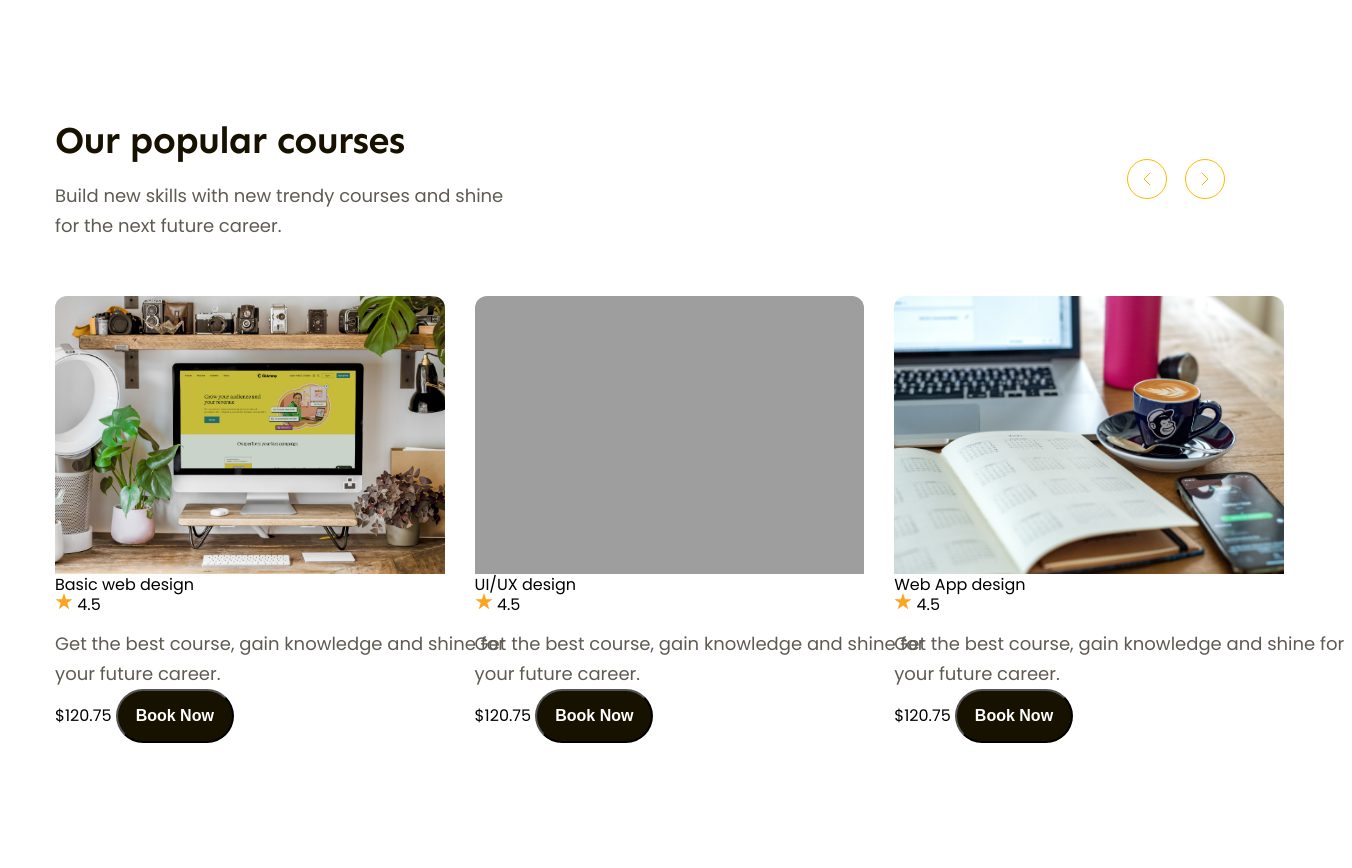
Repository: dovanlanh/f8-project-02
Page: index.html
An editor plug-in stored every save of this project. The page is shown before and after the next save, followed by the edit.
The browser window is 1280 px wide. The page is 1352 px wide, so the pictures cover 1352 px, including what lies to the right of the window. The pictures show the part of the page from y = 983 to 1851 px (the page is 10000 px tall).
Pictures or frames that could not be fetched are drawn as grey boxes.

Above is the page before, as saved 2023-02-05 17:48:09.

### index.html
<!DOCTYPE html>
<html lang="en">
<head>
    <meta charset="UTF-8">
    <meta http-equiv="X-UA-Compatible" content="IE=edge">
    <meta name="viewport" content="width=device-width, initial-scale=1.0">
    <title>F8 Project 02</title>
    <!-- reset css -->
    <link rel="stylesheet" href="./assets/css/reset.css">
    <!-- embed fonts -->
    <link rel="preconnect" href="https://fonts.googleapis.com">
    <link rel="preconnect" href="https://fonts.gstatic.com" crossorigin>
    <link href="https://fonts.googleapis.com/css2?family=Poppins:ital,wght@0,400;0,500;0,600;0,700;1,400&family=Sen:wght@700&display=swap" rel="stylesheet">
    <!-- style -->
    <link rel="stylesheet" href="./assets/css/styles.css">
</head>
<body>
    <main style=" height: 10000px">
        <!-- header  -->
        <header class="header fixed">
            <div class="main-content">
                    <div class="body">
                        <!-- logo -->
                        <img src="./assets/img/Lesson.svg" alt="Lesson" class="Logo">
                        <!-- nav -->
                        <nav class="nav">
                            <ul>
                                <li class="active">
                                    <a href="#!">Home</a>
                                </li>
                                <li>
                                    <a href="#!">Courses</a>
                                </li>
                                <li>
                                    <a href="#!">Pricing</a>
                                </li>
                                <li>
                                    <a href="#!">Reviews</a>
                                </li>
                            </ul>
                        </nav>
                        <!-- active -->
                        <div class="action">
                            <a href="#!" class="btn sign-up-btn">Sign Up</a>
                        </div>
                    </div>
            </div>
        </header>
        <!-- Hero -->
        <div class="hero">
            <div class="main-content">
                <div class="body">
                    <!-- Hero left -->
                    <div class="media-block">
                        <img src="./assets/img/guy-lesson.svg" alt="" class="img">
                        <div class="hero-summary">
                            <div class="item">
                                <div class="icon">
                                    <img src="./assets/img/list-icon1.svg" alt="">
                                </div>
                                <div class="info">
                                    <p class="label">20 Courses</p>
                                    <p class="tittle">UI/UX Design</p>
                                </div>
                            </div>
                            <div class="item">
                                <div class="icon">
                                    <img src="./assets/img/list-icon2.svg" alt="">
                                </div>
                                <div class="info">
                                    <p class="label">20 Courses</p>
                                    <p class="tittle">Development</p>
                                </div>
                            </div>
                            <div class="item">
                                <div class="icon">
                                    <img src="./assets/img/list-icon3.svg" alt="">
                                </div>
                                <div class="info">
                                    <p class="label">30 Courses</p>
                                    <p class="tittle">Marketing</p>
                                </div>
                            </div>
                        </div>
                    </div>
                    <!-- hero-right -->
                    <div class="content-block">
                        <h1 class="heading lv1">Learn without limits and spread knowledge.</h1>
                        <p class="desc">
                            Build new skills for that “this is my year” feeling with courses, certificates, and degrees from world-class universities and companies.
                        </p>
                            <div class="cta-group">
                                <a href="#!" class="btn hero-cta">See Courses</a>
                                <button class="watch-video">
                                    <div class="icon">
                                        <img src="./assets/img/icon-watch-video.svg" alt="">
                                    </div>
                                    <span>Watch Video</span>
                                </button>
                            </div>
                        <p class="desc">Recent engagement</p>
                        <div class="desc stats">
                            <strong>50K</strong>Students
                            <strong>70+</strong>Courses
                        </div>
                    </div>
                </div>
            </div>
        </div>
        <!-- Popular -->
        <div class="popular">
            <div class="main-content">
                <!-- popular top -->
                <div class="popular-top">
                    <div class="info">
                        <h2 class="heading lv2">Our popular courses</h2>
                        <p class="desc">Build new skills with new trendy courses and shine for the next future career.</p>
                    </div>
                    <div class="controls">
                        <button class="control-btn">
                            <svg width="8" height="14" viewBox="0 0 8 14" fill="none" xmlns="http://www.w3.org/2000/svg">
                                <path d="M7 1L1 7L7 13" stroke="currentColor" stroke-linecap="round" stroke-linejoin="round"/>
                            </svg>
                        </button>
                        <button class="control-btn">
                            <svg width="8" height="14" viewBox="0 0 8 14" fill="none" xmlns="http://www.w3.org/2000/svg">
                                <path d="M1 1L7 7L1 13" stroke="currentColor" stroke-linecap="round" stroke-linejoin="round"/>
                            </svg>
                        </button>
                    </div>
                </div>
                <!-- popular-bottom -->
                <div class="course-list">
                    <!-- course item 1 -->
                    <div class="course-item">
                        <img src="./assets/img/img-popular/course1.jpg" alt="Basic web design" class="thumb">
                        <div class="info">
                            <div class="head">
                                <h3 class="tittle">Basic web design</h3>
                                <div class="rating">
                                    <img src="./assets/img/Star.svg" alt="star" class="star">
                                    <span class="value">4.5</span>
                                </div>
                            </div>
                            <p class="desc">Get the best course, gain knowledge and shine for your future career.</p>
                            <div class="foot">
                                <span class="price">$120.75</span>
                                <button class="btn">Book Now</button>
                            </div>
                        </div>
                    </div>
                    <!-- course item 2 -->
                    <div class="course-item">
                        <img src="./assets/img/img-popular/course2.jpg" alt="UI/UX design" class="thumb">
                        <div class="info">
                            <div class="head">
                                <h3 class="tittle">UI/UX design</h3>
                                <div class="rating">
                                    <img src="./assets/img/Star.svg" alt="star" class="star">
                                    <span class="value">4.5</span>
                                </div>
                            </div>
                            <p class="desc">Get the best course, gain knowledge and shine for your future career.</p>
                            <div class="foot">
                                <span class="price">$120.75</span>
                                <button class="btn">Book Now</button>
                            </div>
                        </div>
                    </div>
                    <!-- course item 3 -->
                    <div class="course-item">
                        <img src="./assets/img/img-popular/course3.jpg" alt="Web App design" class="thumb">
                        <div class="info">
                            <div class="head">
                                <h3 class="tittle">Web App design</h3>
                                <div class="rating">
                                    <img src="./assets/img/Star.svg" alt="star" class="star">
                                    <span class="value">4.5</span>
                                </div>
                            </div>
                            <p class="desc">Get the best course, gain knowledge and shine for your future career.</p>
                            <div class="foot">
                                <span class="price">$120.75</span>
                                <button class="btn">Book Now</button>
                            </div>
                        </div>
                    </div>
                </div>
            </div>
        </div>

    </main>
</body>
</html>

### assets/css/styles.css
* {
    box-sizing: border-box;
}
:root {
    --font-heading: sen, sans-serif;
    --primary-color:#FFB900;
}
html,
body {
    scroll-behavior: smooth;
    font-size: 62.5%;
}

html {
    font-size: 62.5%;
}

body {
    font-size: 1.6rem;
    font-family: 'Poppins', sans-serif;
}

/* common */
.heading {
    font-family: var(--font-heading);
    font-weight: 700;
    letter-spacing: -0.02em;
    color: #171100;
}
a {
    text-decoration: none;
}
.main-content {
    width: 1170px;
    max-width: calc(100% - 48px);
    margin-left: auto;
    margin-right: auto;
}
.btn {
    min-width: 118px;
    display: inline-block;
    padding: 0 16px;
    align-items: center;
    line-height: 50px;
    font-weight: 600;
    font-size: 1.6rem;
    text-align: center;
    color: #FFFFFF;
    background: #171100;
    border-radius: 999px;
}
.btn:hover {
    opacity: 0.9;
}
/* header */
.header {
    background:#FFFCF4;
}
.header.fixed {
    position: sticky;
    top: -32px;
    z-index: 1;
}
.header .body {
    display: flex;
    align-items: center;
    padding: 36px 0 8px;
}
.nav ul {
    display: flex;
}

.nav {
    margin-left: auto;
}
.nav a {
    position: relative;
    padding: 8px 21px;
    font-weight: 400;
    font-size: 1.6rem;
    color: #5F5B53;
}
.nav a:hover,
.nav li.active a {
    text-shadow: 1px 0 0 currentColor;
    color: #171100;
}
.nav li.active a::after {
    left: 21px;
    bottom: 6px;
    display: block;
    content: "";
    position: absolute;
    width: 12px;
    height: 2px;
    background: #171100;
    border-radius: 1px;
}
.header .sign-up-btn {
    min-width: 144px;
}
.header .action {
    margin-left: 49px;
}

/* hero */
.hero {
    padding: 56px 0 65px;
    background:#FFFCF4;
}
.hero .body {
    display: flex;
}
/* hero left */
.hero .media-block {
    width: 48%;
    position: relative;
}

.hero .media-block .img {
    width: 470px;
    height: 685px;
    object-fit: cover;
    border-radius: 20px;
    display: block;
}
.hero .media-block .hero-summary {
    position: absolute;
    right: 0;
    bottom: 48px;
}
.hero .hero-summary {
    width: 270px;
    padding: 24px;
    background: #FFFFFF;
    box-shadow: 0px 16px 32px rgba(0, 0, 0, 0.05);
    border-radius: 12px;
}
.hero-summary .item {
    display: flex;
    align-items: center;
}
.hero-summary .icon {
    width: 48px;
    height: 48px;
    border-radius: 50%;
    display: flex;
    align-items: center;
    justify-content: center;
    background: #FFF9E8;
}
.hero-summary .info {
    margin-left: 16px;
}
.hero-summary .label {
    font-weight: 400;
    font-size: 1.4rem;
    line-height: 1.86;
    color: #5F5B53;
}
.hero-summary .tittle {
    font-weight: 600;
    font-size: 1.8rem;
    line-height: 1.67;
    color: #171100;
}
.hero-summary .item + .item {
    margin-top: 22px;
}
.hero-summary .item:nth-of-type(2) .icon {
    background: #FCEFFF;
}
.hero-summary .item:nth-of-type(3) .icon {
    background: #EBEAFF;
}
/* hero right */
.hero .content-block {
    width: 52%;
    padding: 64px 0 0 130px;
}
.hero .content-block .heading.lv1 {
    font-size: 5.8rem;
    line-height: 1.17;
}
.content-block .desc {
    margin-top: 22px;
    font-weight: 400;
    font-size: 1.8rem;
    line-height: 1.67;
    color: #5F5B53;
}
.content-block .cta-group {
    margin: 38px 0 48px;
}
.content-block .cta-group .hero-cta{
    min-width: 180px;
    background-color: var(--primary-color);
    line-height: 64px;
}
.content-block .cta-group {
    display: flex;
    align-items: center;
}
.hero .watch-video {
    margin-left: 28px;
    display: flex;
    align-items: center;
    border: none;
    background: transparent;
    cursor: pointer;

}
.cta-group span {
    font-family: 'poppins', sans-serif;
    margin-left: 14px;
    font-weight: 600;
    font-size: 1.8rem;
    line-height: 1.67;
    color: #171100;
}
.hero .watch-video .icon {
    display: flex;
    align-items: center;
    justify-content: center;
    width: 40px;
    height: 40px;
    background: #FFFFFF;
    box-shadow: 0px 8px 16px rgba(0, 0, 0, 0.07);
    border-radius: 50%;
    cursor: pointer;
}
.hero .watch-video .icon:hover {
    background: orange;
    opacity: 0.5;
}
.hero .stats {
    margin: 8px 0 0 -28px;

}
.hero .stats strong {
    --font-heading: sen, sans-serif;
    padding: 0 8px 0 28px;
    font-weight: 700;
    font-size: 4.4rem;
    line-height: 1.23;
    color: #171100;
}
/* popular */
.popular {
    padding: 65px 0;
    margin-top: 135px;
}
.popular .heading.lv2 {
    font-size: 3.8rem;
    line-height: 1.26;
}
.popular .desc {
    margin-top: 16px;
    width: 458px;
    font-weight: 400;
    font-size: 1.8rem;
    line-height: 1.67;
    color: #5F5B53;
}
.popular .popular-top {
    display: flex;
    justify-content: space-between;
    align-items: center;
}
.popular-top .controls {
    display: flex;
    gap: 18px;
}
.popular-top .control-btn {
    display: flex;
    align-items: center;
    justify-content: center;
    width: 40px;
    height: 40px;
    color: var(--primary-color);
    border: 1px solid var(--primary-color);
    border-radius: 50%;
    background: transparent;
}
.popular-top .control-btn:hover {
    color: #fff;
    background: var(--primary-color);
    cursor: pointer;
}
/* Course list */
.popular .course-list {
    display: flex;
    gap: 30px;
    margin-top: 55px;
}
.popular .course-item {
    /* flex: 1; */
    width: 33.3%;
}
.popular .course-item .thumb {
    width: 100%;
    height: 278px;
    object-fit: cover;
    border-radius: 12px 12px 0px 0px;
}

Loaded but not shown: assets/css/reset.css (common file)

After the next save:
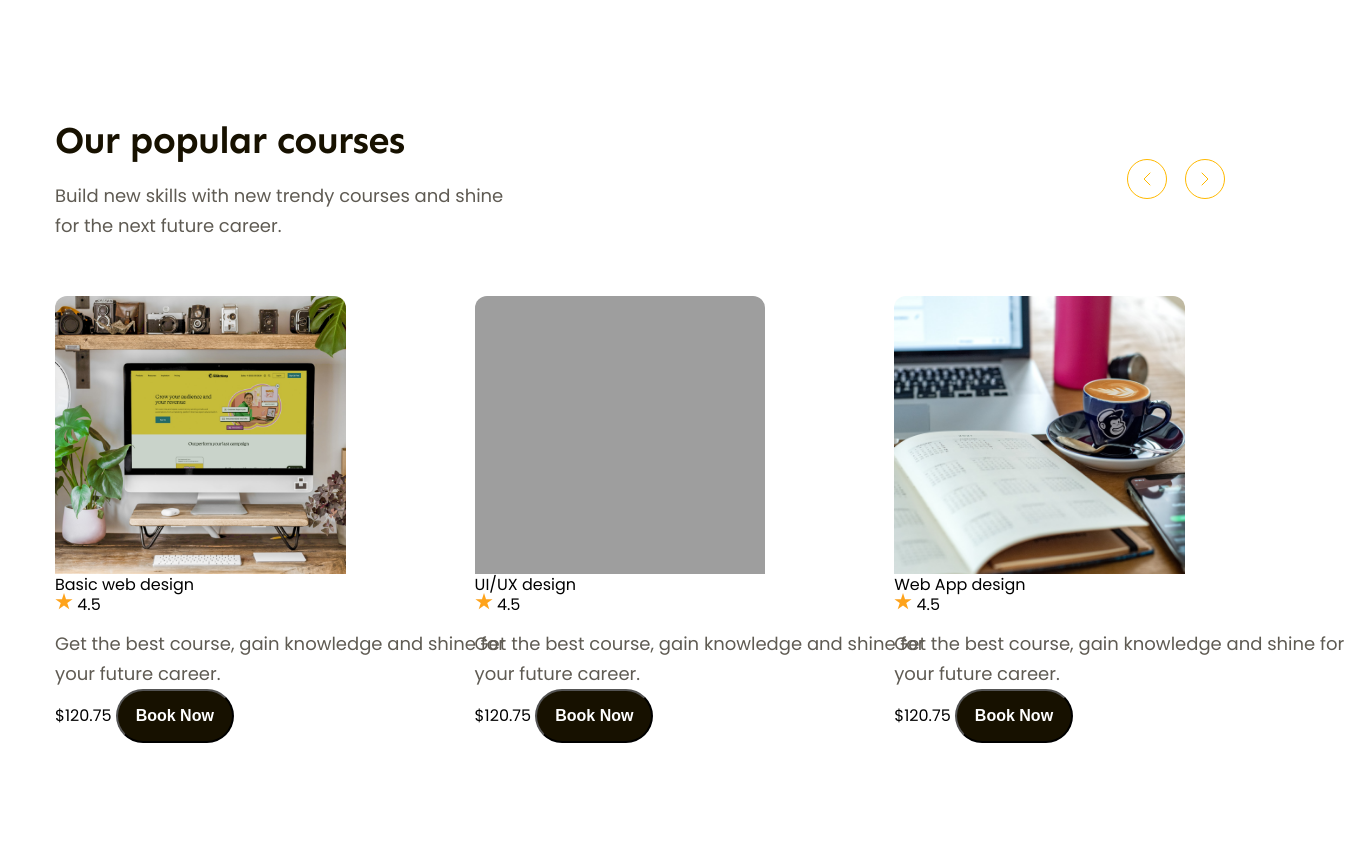
Saved 103 s later.
--- a/assets/css/styles.css
+++ b/assets/css/styles.css
@@ -294,11 +294,11 @@
     margin-top: 55px;
 }
 .popular .course-item {
-    /* flex: 1; */
+    flex: 1;
     width: 33.3%;
 }
 .popular .course-item .thumb {
-    width: 100%;
+    width: calc(100% - 99px);
     height: 278px;
     object-fit: cover;
     border-radius: 12px 12px 0px 0px;

After the save that followed:
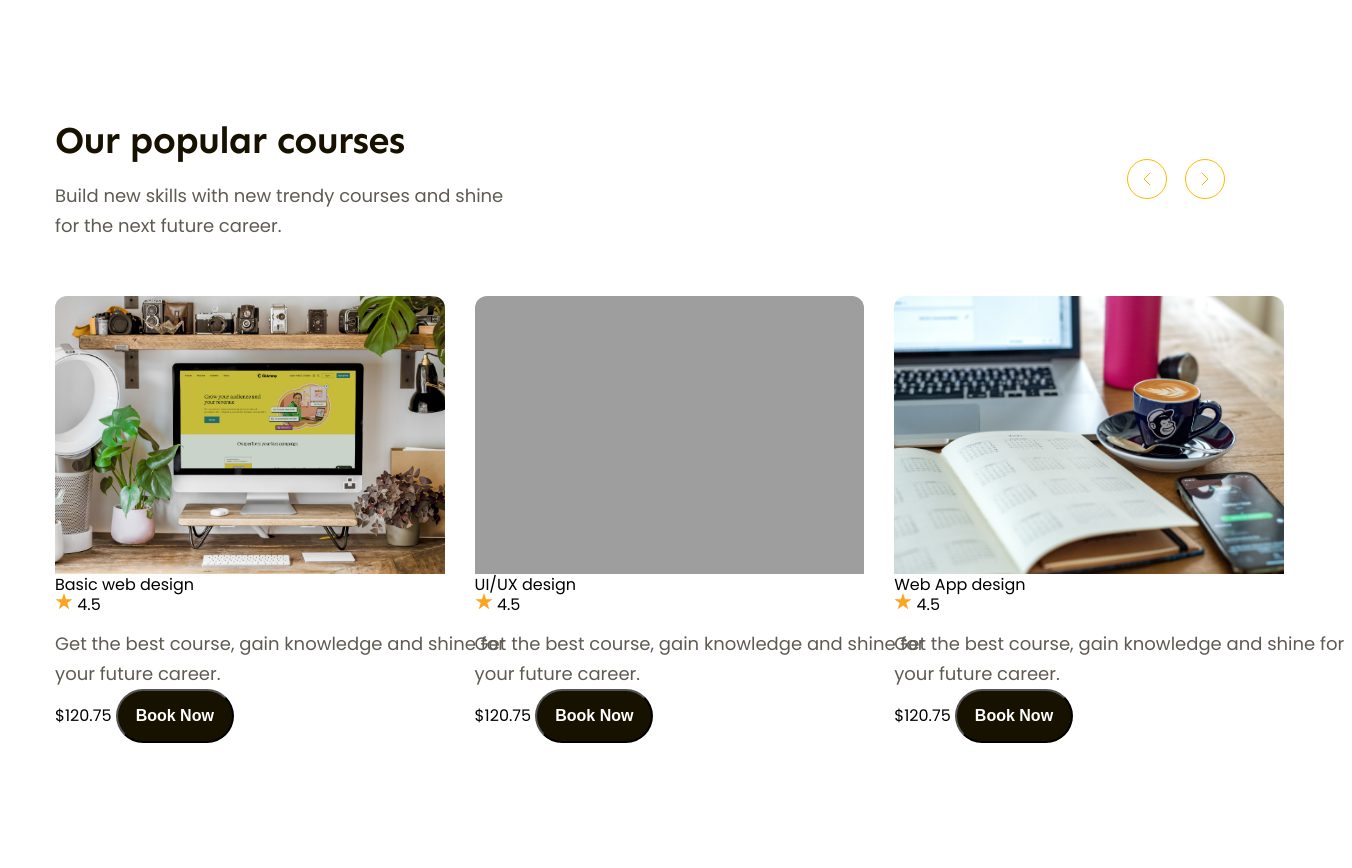
Saved 27 s later.
--- a/assets/css/styles.css
+++ b/assets/css/styles.css
@@ -298,7 +298,7 @@
     width: 33.3%;
 }
 .popular .course-item .thumb {
-    width: calc(100% - 99px);
+    width: 100%;
     height: 278px;
     object-fit: cover;
     border-radius: 12px 12px 0px 0px;
